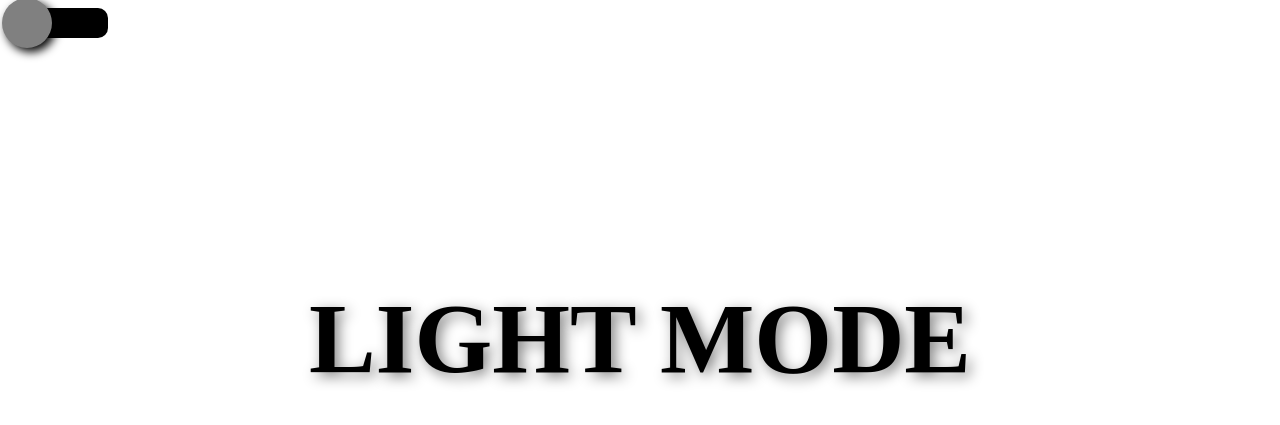
Repository: Eugene44-hub/darkmode-lightmode
Page: index.html
The author's editor kept a copy of each file at every save. The page is drawn from the files as they stood at one save, then again after the next save.
The browser window is 1280 px wide. The pictures show the whole page.

Above is the page before, as saved 2021-09-13 02:01:17.

After the next save:
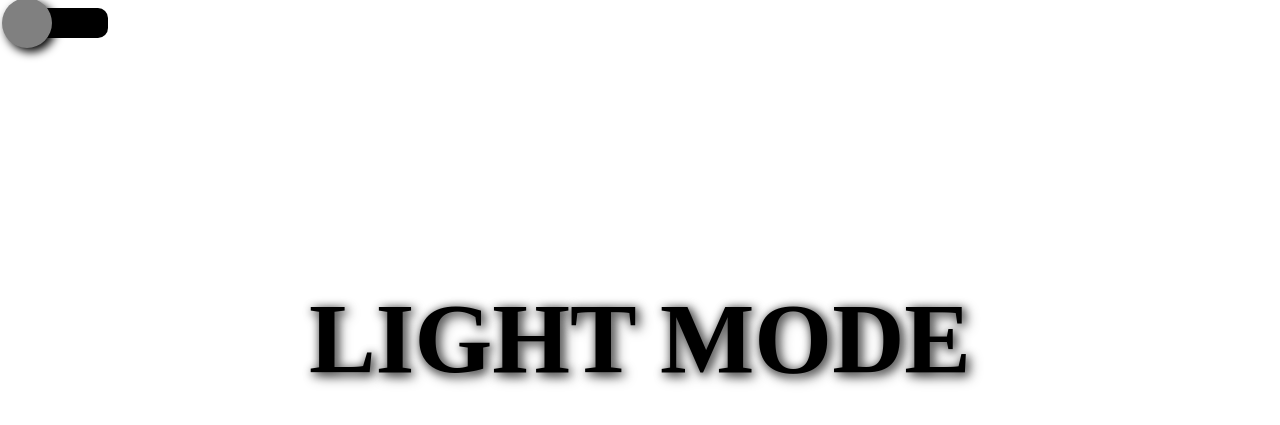
Saved 44 s later.
--- a/style.css
+++ b/style.css
@@ -10,7 +10,7 @@ p {
     text-transform: uppercase;
     text-align: center;
     font-size: 100px;
-    text-shadow: 4px 4px 14px grey;
+    text-shadow: 4px 4px 14px grey, 2px 2px 10px black;
 }
 
 .box {
